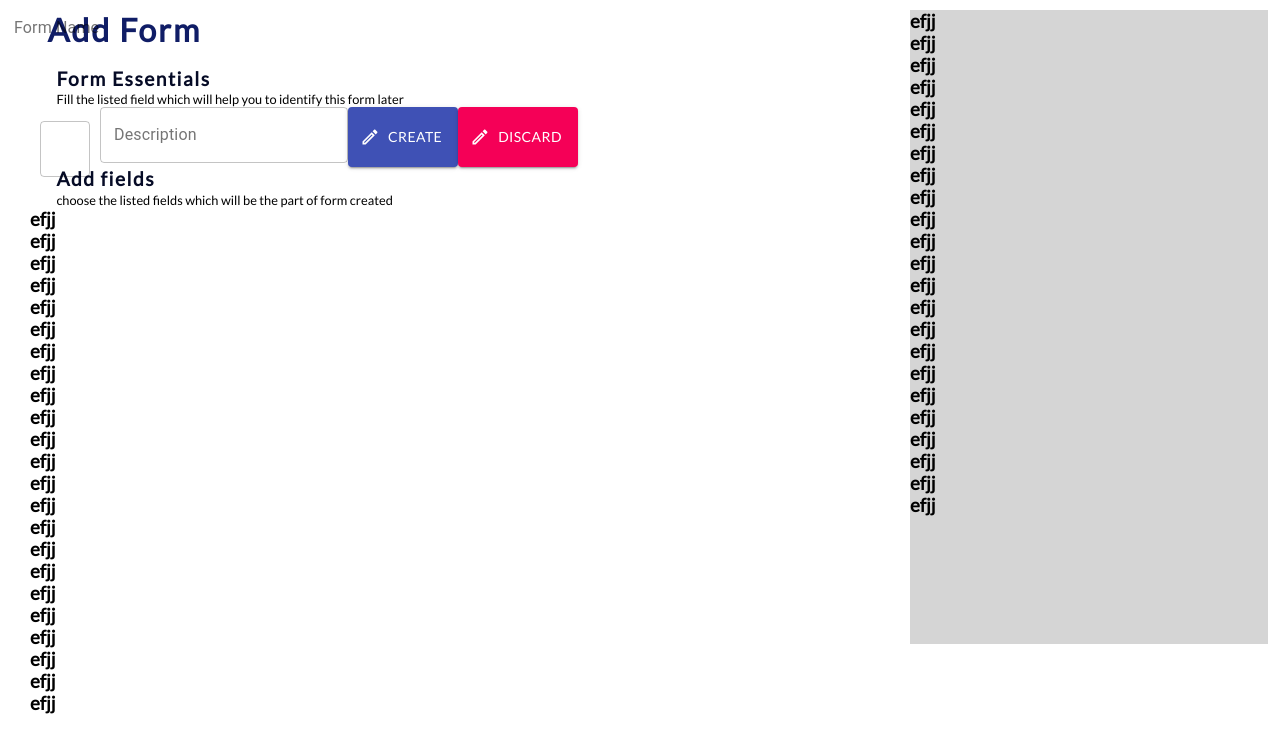
Repository: Architjain128/df
Page: /add
An editor plug-in stored every save of this project. The page is shown before and after the next save, followed by the edit.
The browser window is 1280 px wide. The pictures show the whole page.
The project was rebuilt for these pictures with package versions that can differ from the ones it lists, and the page was loaded fresh each time. Also part of the build but not shown: src/App.css, src/dftable.js, src/dataForm.js.

Above is the page before, as saved 2021-06-25 16:08:03.

After the next save:
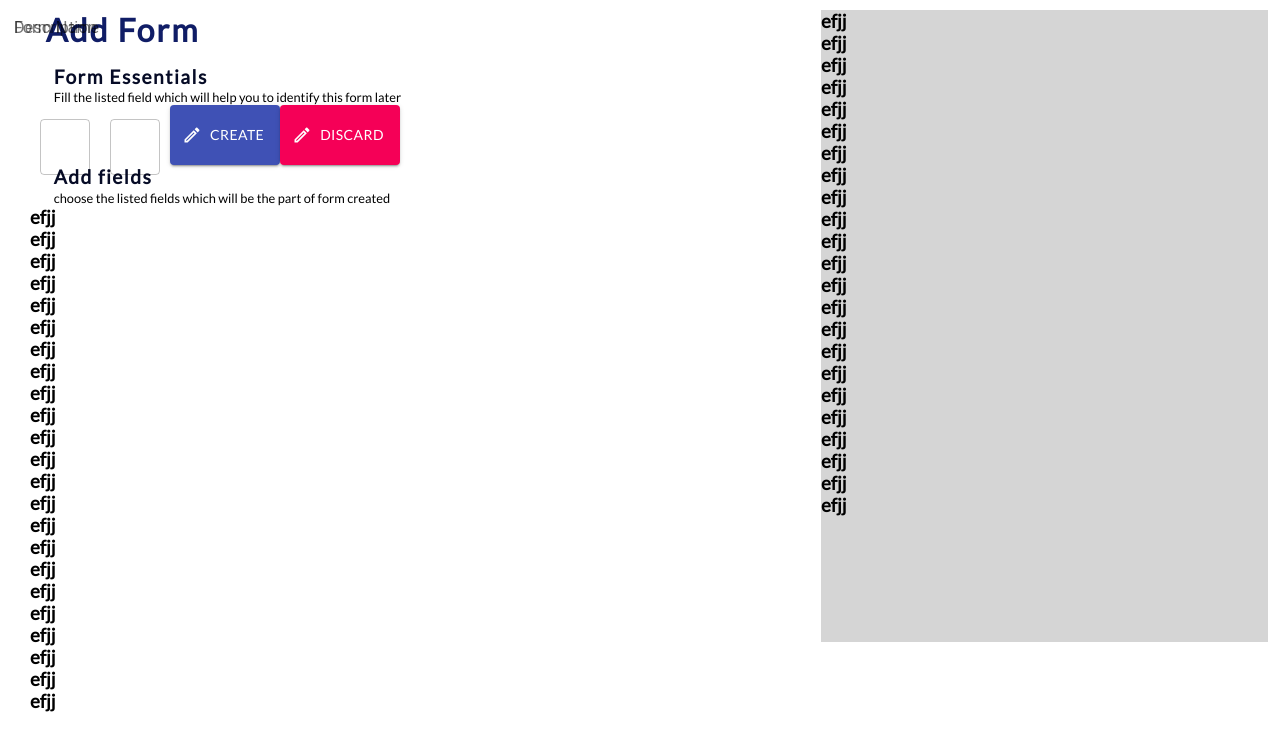
Saved 29 s later.
--- a/src/addDataForm.js
+++ b/src/addDataForm.js
@@ -15,7 +15,7 @@ class AddDataForm extends Component{
                             <div className="df-description" >Fill the listed field which will help you to identify this form later</div>
                             <div className="df-form-ess" class="flex-container">
                                 <TextField id="outlined-basic" class="flex-item" label="Form Name" variant="outlined" /><br/>
-                                <TextField id="outlined-basic-large"  label="Description" variant="outlined"/>
+                                <TextField id="outlined-basic-large" class="flex-item" label="Description" variant="outlined"/>
                                 <div className="df-create2"><Button variant="contained" color="primary" startIcon={<CreateOutlinedIcon />}> Create </Button></div>
                                 <div className="df-create2"><Button variant="contained" href='/' color="secondary" startIcon={<CreateOutlinedIcon />}> Discard </Button></div>
                             </div>
